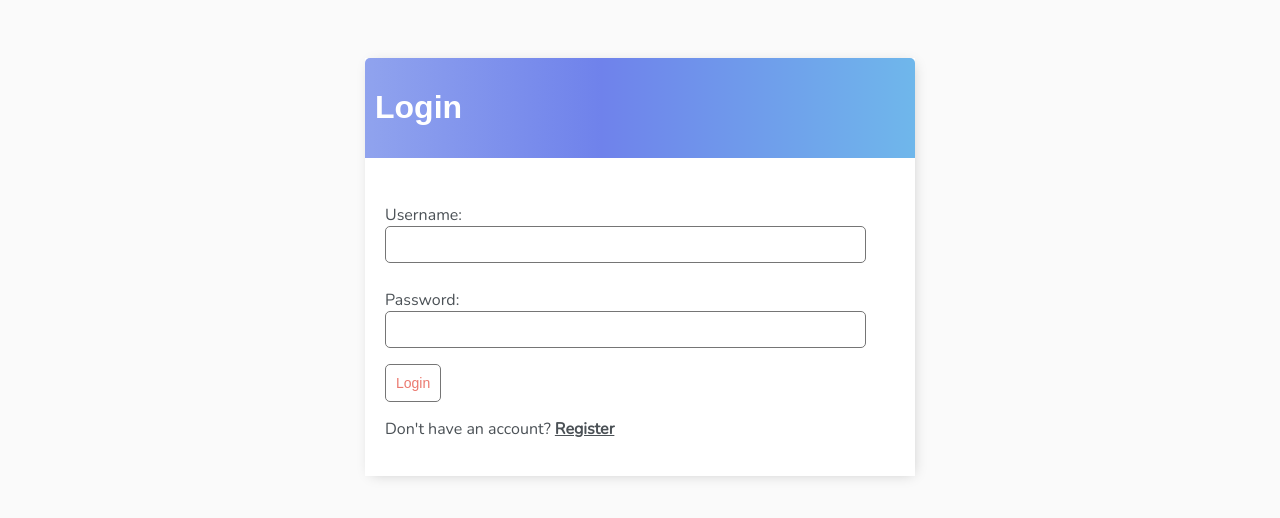
Repository: Altyn119/toDo-django
Page: http://localhost/login/
An editor plug-in stored every save of this project. The page is shown before and after the next save, followed by the edit.
The browser window is 1280 px wide. The pictures show the whole page.
The page is served by the project's application, run on Django 5.2 (manage.py). Other server files are loaded and not shown.

Above is the page before, as saved 2025-06-16 11:09:36.

### base/templates/base/main.html
<!DOCTYPE html>
<html lang="en">

<head>
    <meta charset="utf-8">
    <meta name="description"
        content="This is to do list implemented using Django by Altyn.">

    <meta http-equiv="X-UA-Compatible" content="IE=edge">
    <title>To Do Items</title>
    <meta name="description" content="">
    <meta name="viewport" content="width=device-width, initial-scale=1">

    <link rel="preconnect" href="https://fonts.gstatic.com">
    <link href="https://fonts.googleapis.com/css2?family=Nunito:wght@200&display=swap" rel="stylesheet">

    <style>
        body {
            background-color: #FAFAFA;
            font-family: 'Nunito', sans-serif;
            padding-top: 50px;
        }

        h1,
        h2,
        h3,
        h4,
        h5,
        h6 {
            font-family: 'Raleway', sans-serif;
        }

        a,
        p {
            color: #4b5156
        }

        a {
            font-weight: 600;
        }

        .container {
            max-width: 550px;
            margin: auto;
            background-color: #fff;
            -webkit-box-shadow: 2px 2px 13px -4px rgba(0, 0, 0, 0.21);
            box-shadow: 2px 2px 13px -4px rgba(0, 0, 0, 0.21);
        }

        input {
            outline: none;
            border: none;
        }

        .header-bar {
            display: flex;
            justify-content: space-between;
            color: #fff;
            padding: 10px;
            border-radius: 5px 5px 0 0;
            background: linear-gradient(90deg, #90a3ee 0%, #6f82eb 43%, #6fb7eb 100%);
        }

        .header-bar a {
            color: rgb(247, 247, 247);
            text-decoration: none;
        }

        .task-wrapper {
            display: flex;
            align-items: center;
            justify-content: space-between;
            background-color: #fff;
            border-top: 1px solid #dfe4ea;
            overflow: hidden;
        }

        .task-title {
            display: flex;
            padding: 20px;
        }

        .task-title a {
            text-decoration: none;
            color: #4b5156;
            margin-left: 10px;
        }

        .task-complete-icon {
            height: 20px;
            width: 20px;
            background-color: rgb(105, 192, 105);
            border-radius: 50%;
        }

        .task-incomplete-icon {
            height: 20px;
            width: 20px;
            background-color: rgb(218, 218, 218);
            border-radius: 50%;
        }

        .delete-link {
            text-decoration: none;
            font-weight: 900;
            color: #cf4949;
            font-size: 22px;
            line-height: 0;
            padding: 20px 0px;
        }


        .handle {
            display: inline-block;
            padding: 20px 16px;
            cursor: grab;
            user-select: none;
        }

        .handle:after,
        .handle:before {
            display: block;
            content: "";
        }

        .handle:active,
        .handle:active:before,
        .handle:active:after {
            cursor: grabbing;
        }

        .dropArea {
            background-color: #f1f2f6;
            color: black;
            border: #ced6e0 1px solid;
        }

        .selectedTask {
            opacity: 0.6;
        }


        #add-link {
            color: #EB796F;
            text-decoration: none;
            font-size: 42px;
            text-shadow: 1px 1px #81413b;
        }

        #search-add-wrapper {
            display: flex;
            justify-content: space-between;
            align-items: center;
            padding: 20px;
        }

        @media screen and (max-width:320px) {
            #search-add-wrapper {
                padding: 10px;
            }
        }

        input[type=text],
        input[type=password],
        textarea {
            border: 1px solid #757575;
            border-radius: 5px;
            padding: 10px;
            width: 90%;
        }

        label {
            padding-top: 10px !important;
            display: block;
        }

        ::placeholder {
            font-weight: 300;
            opacity: 0.5;
        }

        .button {
            border: 1px solid #757575;
            background-color: #FFF;
            color: #EB796F;
            padding: 10px;
            font-size: 14px;
            border-radius: 5px;
            cursor: pointer;
            text-decoration: none;
        }

        .card-body {
            padding: 20px;
        }
    </style>
</head>

<body>

    <div class="container">
        {% block content %} {% endblock content %}
    </div>

</body>


</html>

### base/views.py
from django.shortcuts import render, redirect
from django.views.generic.list import ListView
from django.views.generic.detail import DetailView
from django.views.generic.edit import CreateView, UpdateView, DeleteView, FormView
from django.urls import reverse_lazy

from django.contrib.auth.views import LoginView
from django.contrib.auth.mixins import LoginRequiredMixin
from django.contrib.auth.forms import UserCreationForm
from django.contrib.auth import login

from django.views import View
from django.shortcuts import redirect
from django.db import transaction

from .models import Task
from .forms import PositionForm


class CustomLoginView(LoginView):
    template_name = 'base/login.html'
    fields = '__all__'
    redirect_authenticated_user = True

    def get_success_url(self):
        return reverse_lazy('tasks')


class RegisterPage(FormView):
    template_name = 'base/register.html'
    form_class = UserCreationForm
    redirect_authenticated_user = True
    success_url = reverse_lazy('tasks')

    def form_valid(self, form):
        user = form.save()
        if user is not None:
            login(self.request, user)
        return super(RegisterPage, self).form_valid(form)

    def get(self, *args, **kwargs):
        if self.request.user.is_authenticated:
            return redirect('tasks')
        return super(RegisterPage, self).get(*args, **kwargs)


class TaskList(LoginRequiredMixin, ListView):
    model = Task
    context_object_name = 'tasks'

    def get_context_data(self, **kwargs):
        context = super().get_context_data(**kwargs)
        context['tasks'] = context['tasks'].filter(user=self.request.user)
        context['count'] = context['tasks'].filter(complete=False).count()

        search_input = self.request.GET.get('search-area') or ''
        if search_input:
            context['tasks'] = context['tasks'].filter(
                title__contains=search_input)

        context['search_input'] = search_input

        return context


class TaskDetail(LoginRequiredMixin, DetailView):
    model = Task
    context_object_name = 'task'
    template_name = 'base/task.html'


class TaskCreate(LoginRequiredMixin, CreateView):
    model = Task
    fields = ['title', 'description', 'complete']
    success_url = reverse_lazy('tasks')

    def form_valid(self, form):
        form.instance.user = self.request.user
        return super(TaskCreate, self).form_valid(form)


class TaskUpdate(LoginRequiredMixin, UpdateView):
    model = Task
    fields = ['title', 'description', 'complete']
    success_url = reverse_lazy('tasks')


class DeleteView(LoginRequiredMixin, DeleteView):
    model = Task
    context_object_name = 'task'
    success_url = reverse_lazy('tasks')
    def get_queryset(self):
        owner = self.request.user
        return self.model.objects.filter(user=owner)

class TaskReorder(View):
    def post(self, request):
        form = PositionForm(request.POST)

        if form.is_valid():
            positionList = form.cleaned_data["position"].split(',')

            with transaction.atomic():
                self.request.user.set_task_order(positionList)

        return redirect(reverse_lazy('tasks'))

### todo_list/urls.py
"""
URL configuration for todo_list project.

The `urlpatterns` list routes URLs to views. For more information please see:
    https://docs.djangoproject.com/en/5.0/topics/http/urls/
Examples:
Function views
    1. Add an import:  from my_app import views
    2. Add a URL to urlpatterns:  path('', views.home, name='home')
Class-based views
    1. Add an import:  from other_app.views import Home
    2. Add a URL to urlpatterns:  path('', Home.as_view(), name='home')
Including another URLconf
    1. Import the include() function: from django.urls import include, path
    2. Add a URL to urlpatterns:  path('blog/', include('blog.urls'))
"""

from django.contrib import admin
from django.urls import path, include

urlpatterns = [
    path("admin/", admin.site.urls),
    path('', include('base.urls')),
]

### base/urls.py
from django.urls import path
from .views import TaskList, TaskDetail, TaskCreate, TaskUpdate, DeleteView, CustomLoginView, RegisterPage, TaskReorder
from django.contrib.auth.views import LogoutView

urlpatterns = [
    path('login/', CustomLoginView.as_view(), name='login'),
    path('logout/', LogoutView.as_view(next_page='login'), name='logout'),
    path('register/', RegisterPage.as_view(), name='register'),

    path('', TaskList.as_view(), name='tasks'),
    path('task/<int:pk>/', TaskDetail.as_view(), name='task'),
    path('task-create/', TaskCreate.as_view(), name='task-create'),
    path('task-update/<int:pk>/', TaskUpdate.as_view(), name='task-update'),
    path('task-delete/<int:pk>/', DeleteView.as_view(), name='task-delete'),
    path('task-reorder/', TaskReorder.as_view(), name='task-reorder'),
]

Loaded but not shown: base/templates/base/login.html (common file)

After the next save:
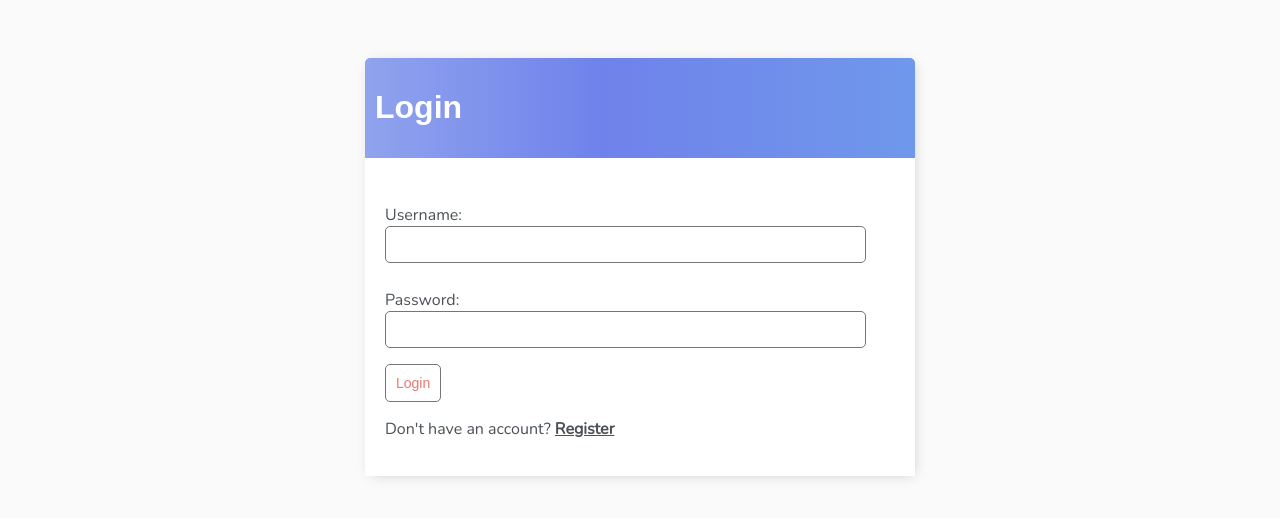
Saved 5 s later.
--- a/base/templates/base/main.html
+++ b/base/templates/base/main.html
@@ -58,7 +58,7 @@
             color: #fff;
             padding: 10px;
             border-radius: 5px 5px 0 0;
-            background: linear-gradient(90deg, #90a3ee 0%, #6f82eb 43%, #6fb7eb 100%);
+            background: linear-gradient(90deg, #90a3ee 0%, #6f82eb 43%, #6f98eb 100%);
         }
 
         .header-bar a {
